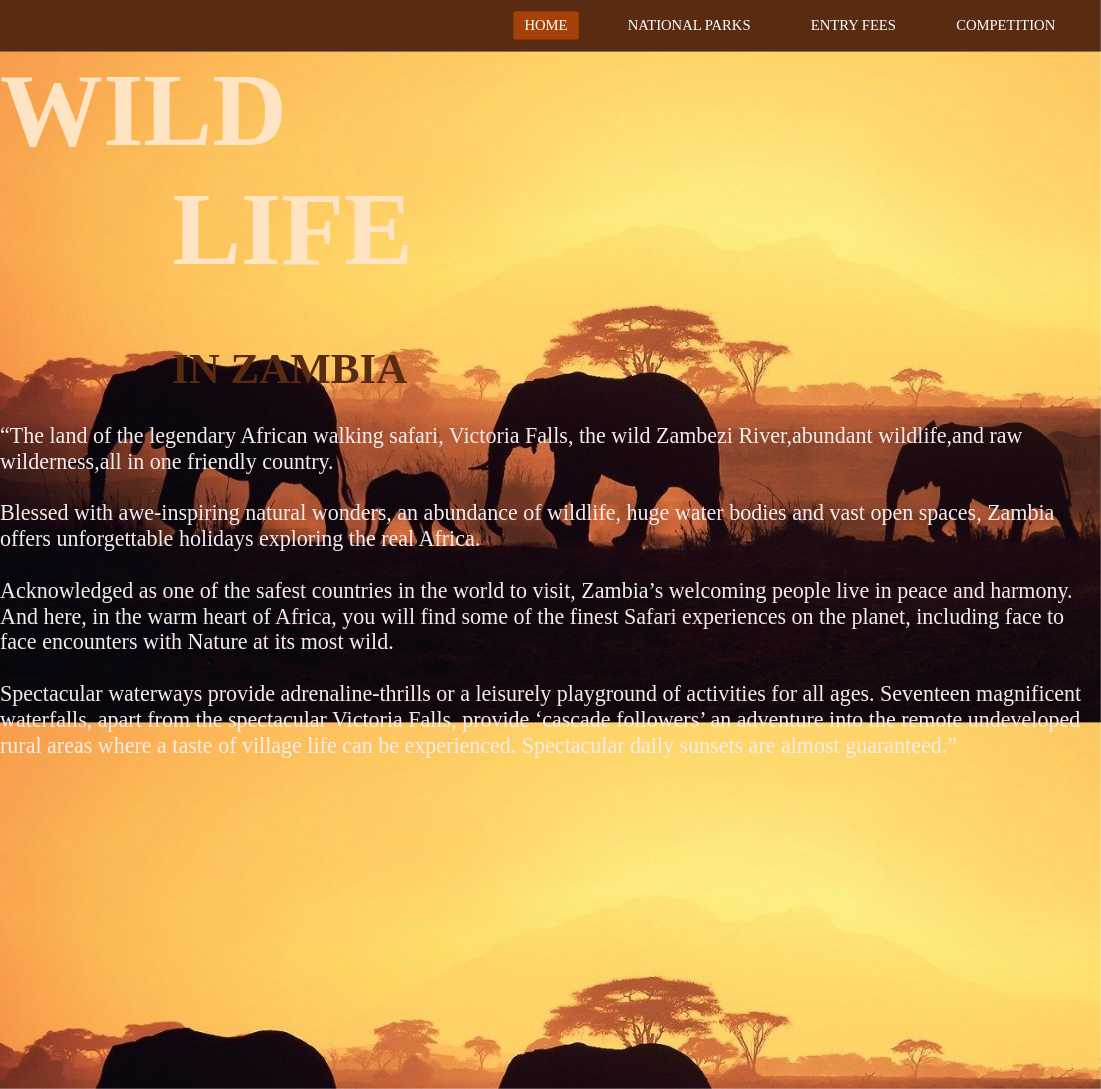
Repository: Lungdjos/web_assignment_3rd_yr
Page: home/index.html
These files come from the project's save history. The page is drawn as it stood at one moment and after the next save; the edit follows.
The browser window is 1280 px wide. The pictures show the whole page, at 86% of full size.
Some web libraries are served in a nearby version.

Above is the page before, as saved 2021-06-18 15:27:13.

### home/index.html
<!DOCTYPE html>
<html lang="en">

<head>
    <meta charset="UTF-8">
    <meta http-equiv="X-UA-Compatible" content="IE=edge">
    <meta name="viewport" content="width=device-width, initial-scale=1.0">
    <link rel="stylesheet" href="index.css">


    <title>Home</title>
    <script src="https://kit.fontawesome.com/a076d05399.js"></script>
</head>

<body>
    <nav>
        <input type="checkbox" id="check">
        <label for="check" class="checkbtn">
            <i class="fas fa-bars"></i>
        </label>
        <label class="logo">  </label>

        <ul>
            <li><a class="active" href="#">Home</a></li>
            <li><a class="dropdown" href="#">National Parks</a>
                <ul class="drop">
                    <li>
                        <a href="/national parks/lower_zambezi/Lower_Zambezi.html">Lower Zambezi</a>
                    </li>
                    <li>
                        <a href="/national parks/mosi-oa-tunia/Mosi-oa-Tunya.html">Mosi oa Tunia</a>
                    </li>
                    <li>
                        <a href="/national parks/south_luangwa/South_Luangwa.html">South Luangwa</a>
                    </li>
                    <li>
                        <a href="/national parks/north_luangwa/North_Luangwa.html">North Luangwa</a>
                    </li>
                </ul>
            </li>
            <li><a href="/entry fee/entry_fee.html">Entry Fees</a></li>
            <li><a href="/competition/competition.html">Competition</a></li>

        </ul>
    </nav>
    <div>
        <section>
            <div>
                <p class="welcome">
                    <strong class="num1">WILD</strong><br>
                    <strong class="num2">LIFE</strong><br>
                    <strong class="num3">IN ZAMBIA</strong>
                </p>
            </div>
            <br>
            <div>
                <p class="para2">
                    <q>The land of the legendary African walking safari, Victoria Falls, the wild Zambezi River,abundant wildlife,and raw wilderness,all in one friendly country. <br><br>Blessed with awe-inspiring natural wonders, an abundance of wildlife,
                    huge water bodies and vast open spaces, Zambia offers unforgettable holidays exploring the real Africa. <br><br>Acknowledged as one of the safest countries in the world to visit, Zambia’s welcoming people live in peace and harmony. And here,
                    in the warm heart of Africa, you will find some of the finest Safari experiences on the planet, including face to face encounters with Nature at its most wild.<br> <br>Spectacular waterways provide adrenaline-thrills or a leisurely playground
                    of activities for all ages. Seventeen magnificent waterfalls, apart from the spectacular Victoria Falls, provide ‘cascade followers’ an adventure into the remote undeveloped rural areas where a taste of village life can be experienced.
                    Spectacular daily sunsets are almost guaranteed.</q></p>
            </div>

        </section>
    </div>


</body>

</html>

### home/index.css
    * {
        padding: 0;
        margin: 0;
        text-decoration: none;
        box-sizing: border-box;
    }

    body {
        font-family: montserrat;
    }

    nav {
        background: #592C12;
        height: 60px;
        width: 100%;
    }

    label.logo {
        color: white;
        font-size: 35;
        line-height: 60px;
        padding: 0 100px;
        font-weight: bold;
    }

    nav ul {
        float: right;
        margin-right: 20px;
    }

    nav ul li {
        display: inline-block;
        line-height: 60px;
        margin: 0 20px;
    }

    nav ul li a {
        color: white;
        font-size: 17px;
        padding: 7px 13px;
        border-radius: 3px;
        text-transform: uppercase;
    }

    a.active,
    a:hover {
        background: #A64208;
        transition: 0.5s;
    }

    .checkbtn {
        font-size: 30px;
        color: white;
        float: right;
        line-height: 60px;
        margin-right: 40px;
        cursor: pointer;
        display: none;
    }

    #check {
        display: none;
    }

    @media (max-width: 1080px) {
        label.logo {
            font-size: 30px;
            padding-left: 50px;
        }
        nav ul li a {
            font-size: 16px;
        }
    }

    @media (max-width: 1080px) {
        .checkbtn {
            display: block;
        }
        ul {
            position: fixed;
            width: 100%;
            height: 100vh;
            background: #592C12;
            top: 80px;
            left: -100%;
            text-align: center;
            transition: all 0.5s;
        }
        nav ul li {
            display: block;
            margin: 50px 0;
            line-height: 20px;
        }
        nav ul li a {
            font-size: 20px;
            font-family: Arial, Helvetica, sans-serif;
        }
        a:hover,
        a.active {
            background: none;
            color: #F2D1B3;
        }
        #check:checked~ul {
            left: 0;
        }
    }

    section {
        background: url(/assets/images/elephants.jpg);
        background-size: no repeat;
        height: calc(180vh - 90px);
    }
    /**New Content Added*/

    nav ul li ul a {
        display: block;
        padding: 0 15px;
        color: white;
        text-decoration: none;
    }

    nav ul li:hover>ul {
        display: block;
    }

    nav ul ul {
        position: absolute;
        top: 30px;
        list-style-type: none;
        line-height: 60px;
    }

    nav ul ul li {
        display: none;
    }

    nav ul ul a {
        width: 100%;
        float: none;
        display: list-item;
        position: relative;
    }

    nav ul ul li a {
        display: list-item;
        list-style-type: none;
        position: inherit;
    }
    /**Wild Life Formatting*/

    .welcome {
        color: bisque;
        font-size: 120px;
        line-height:
    }

    strong#01 {
        font-size: 100px;
        font-family: Arial, Helvetica, sans-serif;
    }

    .num2 {
        margin-left: 200px;
    }

    .num3 {
        color: #592C12;
        font-size: 50px;
        margin-left: 200px;
    }

    .para2 {
        font-variant-position: initial;
        font-size: 1.6em;
        color: rgb(247, 236, 236);
        display: relative;
        float: initial;
    }

After the next save:
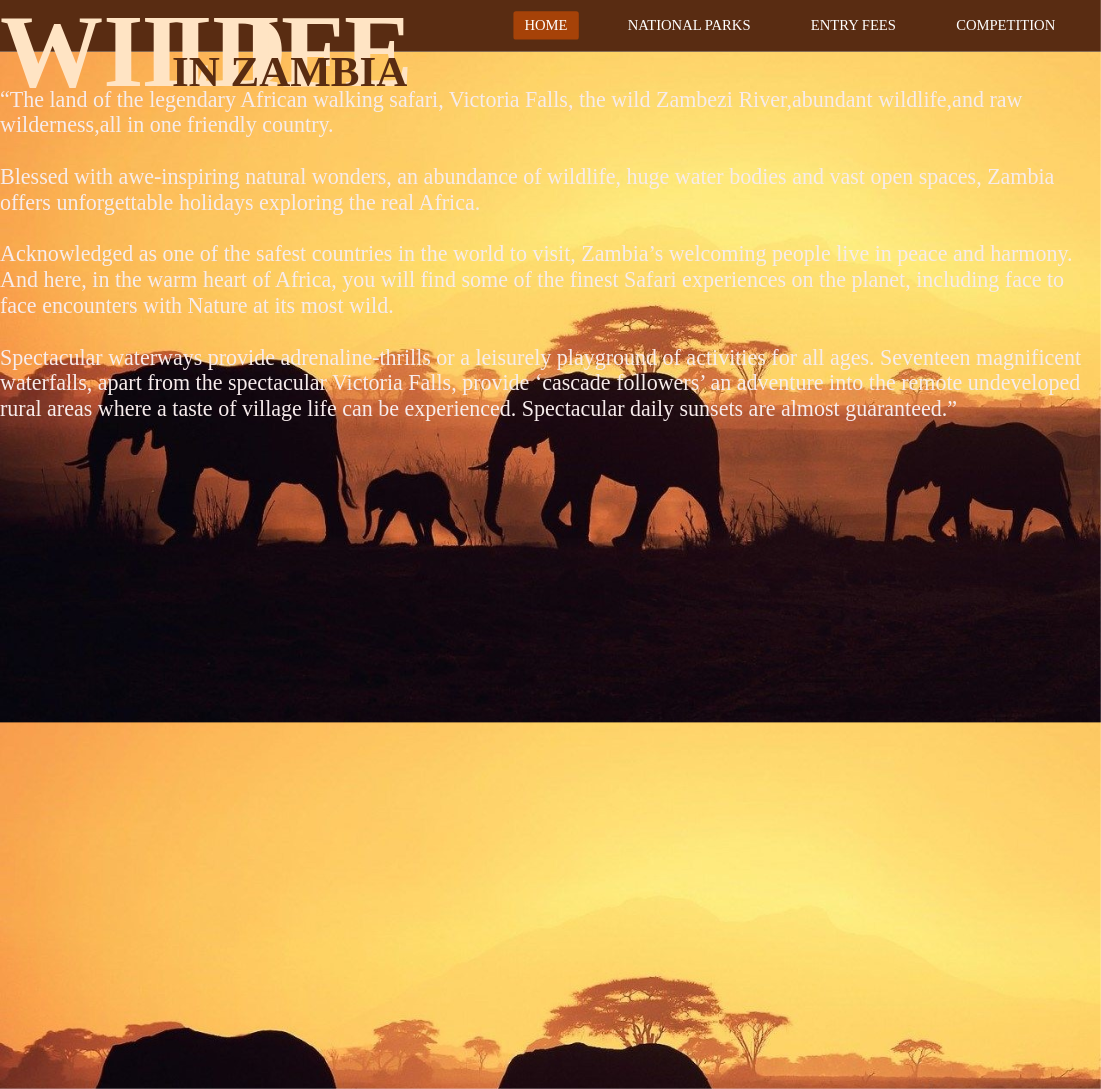
Saved 5 s later.
--- a/home/index.css
+++ b/home/index.css
@@ -151,7 +151,7 @@
     .welcome {
         color: bisque;
         font-size: 120px;
-        line-height:
+        line-height: 0%
     }
 
     strong#01 {
